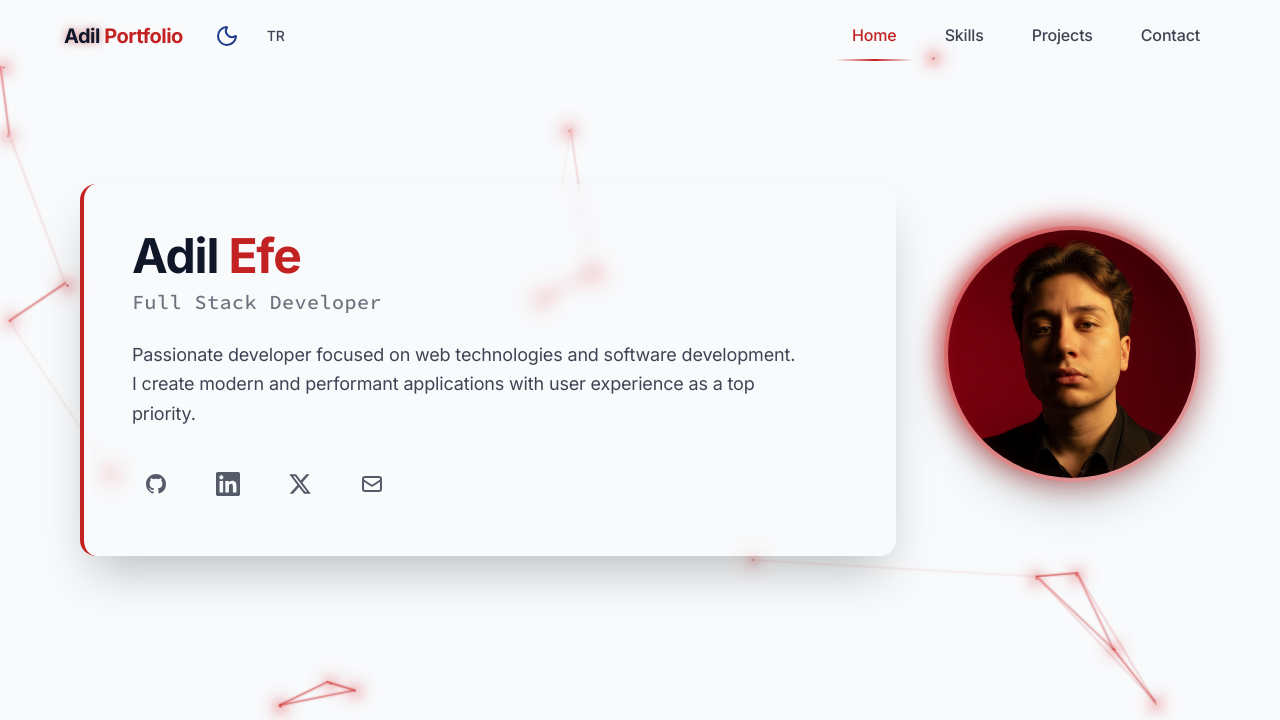
Repository: jusiann/personal-portfolio
Page: / (app in my-portfolio/)
An editor plug-in stored every save of this project. The page is shown before and after the next save, followed by the edit.
The browser window is 1280 px wide. The pictures show the whole page.
The project was rebuilt for these pictures with package versions that can differ from the ones it lists, and the page was loaded fresh each time. Also part of the build but not shown: my-portfolio/vite.config.js, my-portfolio/src/pages/Skills.jsx, my-portfolio/src/pages/Projects.jsx, my-portfolio/src/pages/Contact.jsx, my-portfolio/src/pages/NotFound.jsx.

Above is the page before, as saved 2025-11-20 00:11:31.

### my-portfolio/index.html
<!doctype html>
<html lang="en">
  <head>
    <meta charset="UTF-8" />
    <link rel="icon" type="image/svg+xml" href="/vite.svg" />
    <meta name="viewport" content="width=device-width, initial-scale=1.0" />
    <link rel="preconnect" href="https://fonts.googleapis.com">
    <link rel="preconnect" href="https://fonts.gstatic.com" crossorigin>
    <link href="https://fonts.googleapis.com/css2?family=Inter:wght@300;400;500;600;700;800&family=Source+Code+Pro:wght@400;500;600&display=swap" rel="stylesheet">
    <title>my-portfolio</title>
  </head>
  <body>
    <div id="root"></div>
    <script type="module" src="/src/main.jsx"></script>
  </body>
</html>

### my-portfolio/src/App.jsx
import { BrowserRouter, Routes, Route, Navigate, useLocation } from "react-router-dom"
import { AnimatePresence } from "framer-motion"
import { Home } from "./pages/Home";
import { Skills } from "./pages/Skills";
import { Projects } from "./pages/Projects";
import { Contact } from "./pages/Contact";
import { NotFound } from "./pages/NotFound";

function AnimatedRoutes() {
  const location = useLocation();

  return (
    <AnimatePresence mode="wait">
      <Routes location={location} key={location.pathname}>

        {/* TURKISH ROUTES */}
        <Route path="/" element={<Navigate to="/en" replace />} />
        <Route path="/tr" element={<Home />}/>
        <Route path="/tr/skills" element={<Skills />}/>
        <Route path="/tr/projects" element={<Projects />}/>
        <Route path="/tr/contact" element={<Contact />}/>

        {/* ENGLISH ROUTES */}
        <Route path="/en" element={<Home />}/>
        <Route path="/en/skills" element={<Skills />}/>
        <Route path="/en/projects" element={<Projects />}/>
        <Route path="/en/contact" element={<Contact />}/>
        <Route path="*" element={<NotFound />} />
      </Routes>
    </AnimatePresence>
  );
}

function App() {
  return (
    <BrowserRouter>
      <AnimatedRoutes />
    </BrowserRouter>
  )
}

export default App

### my-portfolio/src/pages/Home.jsx
import {CrimsonWebBackground} from "../components/CrimsonWebBackground";
import {Navbar} from "../components/Navbar";
import {PageTransition} from "../components/PageTransition";
import {HomeCard} from "../components/HomeCard";

export const Home = () => {
    return (
        <PageTransition>
        <div className="
                        min-h-screen
                        bg-background
                        text-foreground
                        overflow-x-hidden">

            {/* BACKGROUND EFFECTS */}
            <CrimsonWebBackground />

            {/* NAVBAR */}
            <Navbar />

            {/* MAIN CONTENT */}
            <HomeCard />
        </div>
        </PageTransition>
    );
};

### my-portfolio/src/components/Navbar.jsx
import {cn} from "../lib/utils";
import {Menu, X} from "lucide-react";
import {useEffect, useState} from "react";
import {useLocation, Link} from "react-router-dom";
import {translations} from "../lib/translations";
import {ThemeToggle} from "./ThemeToggle";
import {LanguageToggle} from "./LanguageToggle";

export const Navbar = () => {
  const [isScrolled, setIsScrolled] = useState(false);
  const [isMenuOpen, setIsMenuOpen] = useState(false);
  const location = useLocation();
  const lang = location.pathname.startsWith('/en') ? 'en' : 'tr';

  const navItems = [
    { name: translations[lang].home, href: `/${lang}` },
    { name: translations[lang].skills, href: `/${lang}/skills`},
    { name: translations[lang].projects, href: `/${lang}/projects` },
    { name: translations[lang].contact, href: `/${lang}/contact` },
  ];

  const isActiveRoute = (href) => {
    if (href === `/${lang}`) {
      return location.pathname === `/${lang}` || location.pathname === `/${lang}/`;
    }
    return location.pathname.startsWith(href);
  };

  useEffect(() => {
    const handleScroll = () => {
      setIsScrolled(window.scrollY > 10);
    };

    window.addEventListener("scroll", handleScroll);
    return () => window.removeEventListener("scroll", handleScroll);
  }, []);

  return (
    <nav
      className={cn(
        "relative w-full transition-all duration-300 py-5"
      )}
    >
      <div className="w-[90%] mx-auto flex items-center justify-between h-8">
        {/* Sol taraf - Logo + Theme + Language */}
        <div className="flex items-center gap-6">
          <a
            className="text-xl font-heading font-bold text-primary flex items-center"
            href="#hero"
          >
            <span className="relative z-10">
              <span className="text-glow text-foreground"> Adil </span>{" "}
              Portfolio
            </span>
          </a>

          {/* Theme & Language Toggles */}
          <div className="flex items-center gap-2">
            <ThemeToggle />
            <LanguageToggle />
          </div>
        </div>

        {/* Sağ taraf - Desktop nav */}
        <div className="hidden md:flex items-center space-x-4">
          {navItems.map((item, key) => (
            <Link
              key={key}
              to={item.href}
              className={`relative px-4 py-3 font-medium transition-colors duration-300 group ${
                isActiveRoute(item.href)
                  ? 'text-primary'
                  : 'text-foreground/80 hover:text-primary'
              }`}
            >
              {/* Linear crimson line effect - Always visible for active, hover for others */}
              <div className={`absolute bottom-0 left-0 w-full h-0.5 bg-linear-to-r from-transparent via-primary to-transparent transition-transform duration-500 origin-center ${
                isActiveRoute(item.href)
                  ? 'scale-x-100'
                  : 'scale-x-0 group-hover:scale-x-100'
              }`} />

              {/* Text */}
              <span className="relative z-10">
                {item.name}
              </span>
            </Link>
          ))}
        </div>

        {/* mobile nav */}

        <button
          onClick={() => setIsMenuOpen((prev) => !prev)}
          className="md:hidden p-2 text-foreground z-50 hover:text-primary transition-colors duration-300"
          aria-label={isMenuOpen ? "Close Menu" : "Open Menu"}
        >
          {isMenuOpen ? <X size={24} /> : <Menu size={24} />}
        </button>

        <div
          className={cn(
            "fixed inset-0 bg-background/95 backdrop-blur-md z-40 flex flex-col items-center justify-center",
            "transition-all duration-300 md:hidden",
            isMenuOpen
              ? "opacity-100 pointer-events-auto"
              : "opacity-0 pointer-events-none"
          )}
        >
          <div className="flex flex-col space-y-8 text-xl">
            {navItems.map((item, key) => (
              <Link
                key={key}
                to={item.href}
                className={`relative px-4 py-2 transition-colors duration-300 group ${
                  isActiveRoute(item.href)
                    ? 'text-primary'
                    : 'text-foreground/80 hover:text-primary'
                }`}
                onClick={() => setIsMenuOpen(false)}
              >
                {/* Mobile crimson line - always visible for active, hover for others */}
                <div className={`absolute bottom-0 left-0 w-full h-0.5 bg-linear-to-r from-transparent via-primary to-transparent transition-transform duration-500 ${
                  isActiveRoute(item.href)
                    ? 'scale-x-100'
                    : 'scale-x-0 group-hover:scale-x-100'
                }`} />

                <span className="relative z-10">
                  {item.name}
                </span>
              </Link>
            ))}
          </div>
        </div>
      </div>
    </nav>
  );
};

### my-portfolio/src/components/PageTransition.jsx
import {motion} from 'framer-motion';

export const PageTransition = ({ children }) => {
    return (
        <>
            {children}

            {/* LEFT TRIANGLE */}
            <motion.div
                className="fixed inset-0 bg-background z-100 pointer-events-none"
                style={{
                    clipPath: 'polygon(0% 0%, 100% 0%, 0% 100%)',
                }}
                initial={{ x: '0%' }}
                animate={{ x: '-100%' }}
                transition={{
                    duration: 0.6,
                    ease: [0.65, 0, 0.35, 1],
                    delay: 0.4
                }}
            />

            {/* RIGHT TRIANGLE */}
            <motion.div
                className="fixed inset-0 bg-background z-100 pointer-events-none"
                style={{
                    clipPath: 'polygon(100% 0%, 100% 100%, 0% 100%)',
                }}
                initial={{ x: '0%' }}
                animate={{ x: '100%' }}
                transition={{
                    duration: 0.6,
                    ease: [0.65, 0, 0.35, 1],
                    delay: 0.4
                }}
            />

            {/* RED DIAGONAL LINE */}
            <motion.div
                className="fixed inset-0 pointer-events-none z-101"
                style={{
                    background: 'linear-gradient(to bottom right, transparent calc(50% - 2px), rgb(220, 38, 38) calc(50% - 2px), rgb(220, 38, 38) calc(50% + 2px), transparent calc(50% + 2px))',
                    filter: 'drop-shadow(0 0 8px rgb(220, 38, 38))',
                }}
                initial={{ opacity: 1 }}
                animate={{ opacity: 0 }}
                transition={{
                    duration: 0.3,
                    ease: "easeOut",
                    delay: 0.3
                }}
            />
        </>
    );
};

### my-portfolio/src/components/HomeCard.jsx
import { HomeImage } from "./HomeImage";
import { SocialLinks } from "./SocialLinks";
import { useLanguage } from "../lib/utils";

export const HomeCard = () => {
    const { t } = useLanguage();

    return (
        <div className="relative w-[90%] mx-auto px-4 py-8 mt-20 flex items-center gap-12">
            {/* Ana kart yapısı - backdrop blur ve opacity ile saydam etki */}
            <div
                className="
                    relative
                    flex-1
                    bg-card/10
                    backdrop-blur-sm
                    rounded-2xl
                    border-l-4
                    border-primary
                    shadow-2xl
                    p-8
                    md:p-12
                    transition-all
                    duration-500
                    hover:scale-[1.01]
                    animate-fade-in
                "
            >
                {/* İçerik alanı */}
                <div className="relative z-10">
                    {/* Profil Resmi Mobile */}
                    <div className="md:hidden mb-8">
                        <HomeImage
                            src="/src/assets/images/profile_photo.png"
                            alt={`${t('profile_name')} ${t('profile_surname')}`}
                        />
                    </div>

                    {/* İsim ve Soyisim */}
                    <div className="text-center md:text-left mb-6 animate-fade-in-delay-2">
                        <h1 className="
                            text-4xl
                            md:text-5xl
                            font-heading
                            font-bold
                            text-foreground
                            mb-2
                            tracking-tight
                        ">
                            {t('profile_name')}{' '}
                            <span className="text-primary">
                                {t('profile_surname')}
                            </span>
                        </h1>
                        <p className="
                            text-lg
                            md:text-xl
                            text-foreground/60
                            font-code
                        ">
                            {t('hero_subtitle')}
                        </p>
                    </div>

                    {/* Açıklama */}
                    <div className="
                        text-center
                        md:text-left
                        mb-8
                        max-w-2xl
                        animate-fade-in-delay-2
                    ">
                        <p className="
                            text-base
                            md:text-lg
                            text-foreground/80
                            leading-relaxed
                        ">
                            {t('profile_tagline')}
                        </p>
                    </div>

                    {/* Sosyal Medya Linkleri */}
                    <SocialLinks />
                </div>
            </div>

            {/* Profil Resmi - Card Dışında Sağda */}
            <div className="hidden md:block">
                <HomeImage
                    src="/src/assets/images/profile_photo.png"
                    alt={`${t('profile_name')} ${t('profile_surname')}`}
                />
            </div>

            {/* Ambient glow efekti */}
            <div
                className="
                    absolute
                    -inset-4
                    bg-primary/5
                    blur-3xl
                    -z-10
                    opacity-50
                    animate-pulse-subtle
                "
            />
        </div>
    );
};

### my-portfolio/src/components/LanguageToggle.jsx
import {useNavigate, useLocation } from 'react-router-dom';
import {cn} from '../lib/utils';

export const LanguageToggle = () => {
    const navigate = useNavigate();
    const location = useLocation();
    const currentLang = location.pathname.startsWith('/en') ? 'en' : 'tr';

    const toggleLanguage = () => {
        const newLang = currentLang === 'tr' ? 'en' : 'tr';
        navigate(`/${newLang}${location.hash}`);
    };

    return (
        <button
            onClick={toggleLanguage}
            className={cn(
                "px-3 py-2 transition-all duration-300",
                "hover:scale-110 active:scale-95",
                "focus:outline-none text-foreground/80 hover:text-foreground",
                "text-sm font-medium uppercase"
            )}
        >
            {currentLang === 'tr' ? 'EN' : 'TR'}
        </button>
    );
};

### my-portfolio/src/components/HomeImage.jsx
export const HomeImage = ({ src, alt = "Profile" }) => {
    return (
        <div className="flex justify-center mb-8 animate-fade-in-delay-1">
            {/* Dış halka - glow efekti */}
            <div
                className="
                    relative
                    group
                    animate-pulse-subtle
                "
            >
                {/* Gradient border halka */}
                <div
                    className="
                        absolute
                        -inset-1
                        bg-linear-to-br
                        from-primary
                        via-primary/60
                        to-primary/30
                        rounded-full
                        blur-md
                        group-hover:blur-lg
                        transition-all
                        duration-300
                    "
                />

                {/* Resim container */}
                <div
                    className="
                        relative
                        w-40
                        h-40
                        md:w-64
                        md:h-64
                        rounded-full
                        overflow-hidden
                        border-4
                        border-primary/20
                        shadow-2xl
                        group-hover:scale-105
                        transition-transform
                        duration-300
                    "
                >
                    <img
                        src={src}
                        alt={alt}
                        className="
                            w-full
                            h-full
                            object-cover
                            filter
                            group-hover:brightness-110
                            transition-all
                            duration-300
                        "
                    />
                </div>

                {/* İç glow */}
                <div
                    className="
                        absolute
                        inset-0
                        rounded-full
                        shadow-[inset_0_0_20px_rgba(220,38,38,0.2)]
                        pointer-events-none
                    "
                />
            </div>
        </div>
    );
};

### my-portfolio/src/components/SocialLinks.jsx
export const SocialLinks = () => {
    const socialMedia = [
        {
            name: "GitHub",
            url: "https://github.com/jusiann",
            icon: (
                <svg
                    className="w-6 h-6"
                    fill="currentColor"
                    viewBox="0 0 24 24"
                    aria-hidden="true"
                >
                    <path
                        fillRule="evenodd"
                        d="M12 2C6.477 2 2 6.484 2 12.017c0 4.425 2.865 8.18 6.839 9.504.5.092.682-.217.682-.483 0-.237-.008-.868-.013-1.703-2.782.605-3.369-1.343-3.369-1.343-.454-1.158-1.11-1.466-1.11-1.466-.908-.62.069-.608.069-.608 1.003.07 1.531 1.032 1.531 1.032.892 1.53 2.341 1.088 2.91.832.092-.647.35-1.088.636-1.338-2.22-.253-4.555-1.113-4.555-4.951 0-1.093.39-1.988 1.029-2.688-.103-.253-.446-1.272.098-2.65 0 0 .84-.27 2.75 1.026A9.564 9.564 0 0112 6.844c.85.004 1.705.115 2.504.337 1.909-1.296 2.747-1.027 2.747-1.027.546 1.379.202 2.398.1 2.651.64.7 1.028 1.595 1.028 2.688 0 3.848-2.339 4.695-4.566 4.943.359.309.678.92.678 1.855 0 1.338-.012 2.419-.012 2.747 0 .268.18.58.688.482A10.019 10.019 0 0022 12.017C22 6.484 17.522 2 12 2z"
                        clipRule="evenodd"
                    />
                </svg>
            ),
        },
        {
            name: "LinkedIn",
            url: "https://linkedin.com/in/yourprofile",
            icon: (
                <svg
                    className="w-6 h-6"
                    fill="currentColor"
                    viewBox="0 0 24 24"
                    aria-hidden="true"
                >
                    <path
                        fillRule="evenodd"
                        d="M20.447 20.452h-3.554v-5.569c0-1.328-.027-3.037-1.852-3.037-1.853 0-2.136 1.445-2.136 2.939v5.667H9.351V9h3.414v1.561h.046c.477-.9 1.637-1.85 3.37-1.85 3.601 0 4.267 2.37 4.267 5.455v6.286zM5.337 7.433c-1.144 0-2.063-.926-2.063-2.065 0-1.138.92-2.063 2.063-2.063 1.14 0 2.064.925 2.064 2.063 0 1.139-.925 2.065-2.064 2.065zm1.782 13.019H3.555V9h3.564v11.452zM22.225 0H1.771C.792 0 0 .774 0 1.729v20.542C0 23.227.792 24 1.771 24h20.451C23.2 24 24 23.227 24 22.271V1.729C24 .774 23.2 0 22.222 0h.003z"
                        clipRule="evenodd"
                    />
                </svg>
            ),
        },
        {
            name: "Twitter",
            url: "https://twitter.com/yourhandle",
            icon: (
                <svg
                    className="w-6 h-6"
                    fill="currentColor"
                    viewBox="0 0 24 24"
                    aria-hidden="true"
                >
                    <path d="M18.244 2.25h3.308l-7.227 8.26 8.502 11.24H16.17l-5.214-6.817L4.99 21.75H1.68l7.73-8.835L1.254 2.25H8.08l4.713 6.231zm-1.161 17.52h1.833L7.084 4.126H5.117z" />
                </svg>
            ),
        },
        {
            name: "Email",
            url: "mailto:your.email@example.com",
            icon: (
                <svg
                    className="w-6 h-6"
                    fill="none"
                    stroke="currentColor"
                    viewBox="0 0 24 24"
                    aria-hidden="true"
                >
                    <path
                        strokeLinecap="round"
                        strokeLinejoin="round"
                        strokeWidth={2}
                        d="M3 8l7.89 5.26a2 2 0 002.22 0L21 8M5 19h14a2 2 0 002-2V7a2 2 0 00-2-2H5a2 2 0 00-2 2v10a2 2 0 002 2z"
                    />
                </svg>
            ),
        },
    ];

    return (
        <div className="flex justify-center md:justify-start gap-6 mt-8 animate-fade-in-delay-3">
            {socialMedia.map((social, index) => (
                <a
                    key={social.name}
                    href={social.url}
                    target="_blank"
                    rel="noopener noreferrer"
                    className="
                        p-3
                        text-foreground/70
                        hover:text-primary
                        transition-all
                        duration-300
                        hover:scale-110
                        animate-fade-in-delay-3
                    "
                    style={{ animationDelay: `${0.8 + index * 0.1}s` }}
                    aria-label={social.name}
                >
                    {social.icon}
                </a>
            ))}
        </div>
    );
};

Loaded but not shown: my-portfolio/src/main.jsx (common file); my-portfolio/src/lib/translations.js (80 lines, source omitted); my-portfolio/src/lib/utils.js (19 lines, source omitted); my-portfolio/src/index.css (267 lines, source omitted); my-portfolio/src/components/CrimsonWebBackground.jsx (183 lines, source omitted); my-portfolio/src/components/ThemeToggle.jsx (130 lines, source omitted)

After the next save:
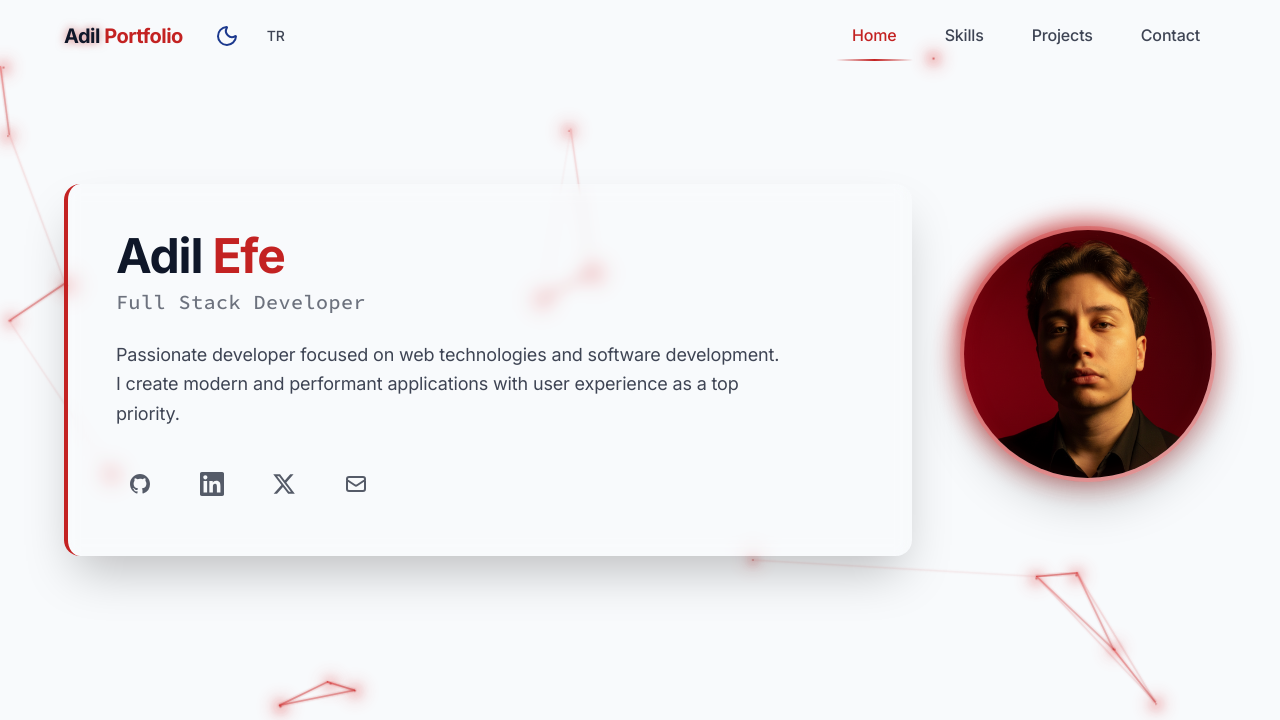
Saved 57 s later.
--- a/my-portfolio/src/components/HomeCard.jsx
+++ b/my-portfolio/src/components/HomeCard.jsx
@@ -6,7 +6,7 @@ export const HomeCard = () => {
     const { t } = useLanguage();
 
     return (
-        <div className="relative w-[90%] mx-auto px-4 py-8 mt-20 flex items-center gap-12">
+        <div className="relative w-[90%] mx-auto py-8 mt-20 flex items-center gap-12">
             {/* Ana kart yapısı - backdrop blur ve opacity ile saydam etki */}
             <div
                 className="
